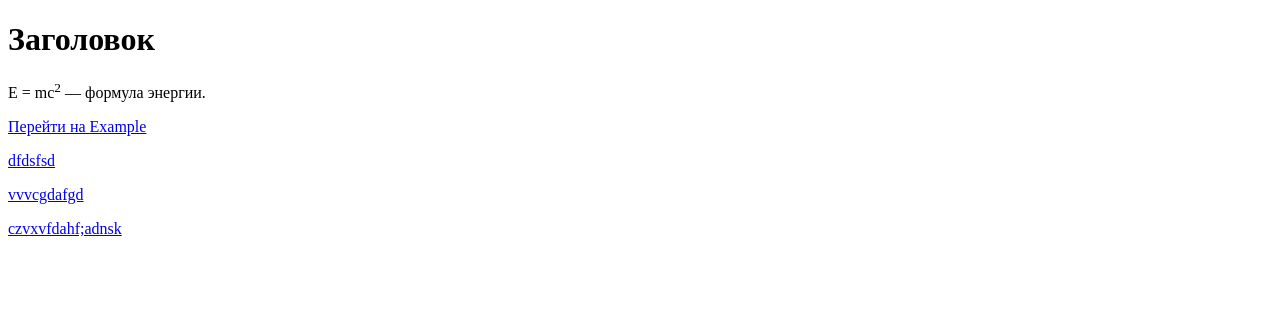
Repository: sannikovcode/exercises-a1
Page: JS/test1/task4/index.html
The author's editor kept a copy of each file at every save. The page is drawn from the files as they stood at one save, then again after the next save.
The browser window is 1280 px wide. The pictures show the whole page.

Above is the page before, as saved 2025-10-16 15:45:51.

### JS/test1/task4/index.html
<!DOCTYPE html>
<html lang="en">

<head>
    <meta charset="UTF-8">
    <meta name="viewport" content="width=device-width, initial-scale=1.0">
    <title>88</title>
</head>

<body>
    <h1>Заголовок</h1>

    <p>E = mc<sup>2</sup> — формула энергии.</p>



    <p><a href="https://example.com">Перейти на Example</a></p>






    <p><a href="https://example.com">dfdsfsd</a></p>


    <p><a href="https://example.com">vvvcgdafgd</a></p>


    <p><a href="https://example.com">czvxvfdahf;adnsk</a></p>

    <p><a href="https://example.com"></a></p>





















</body>

</html>

After the next save:
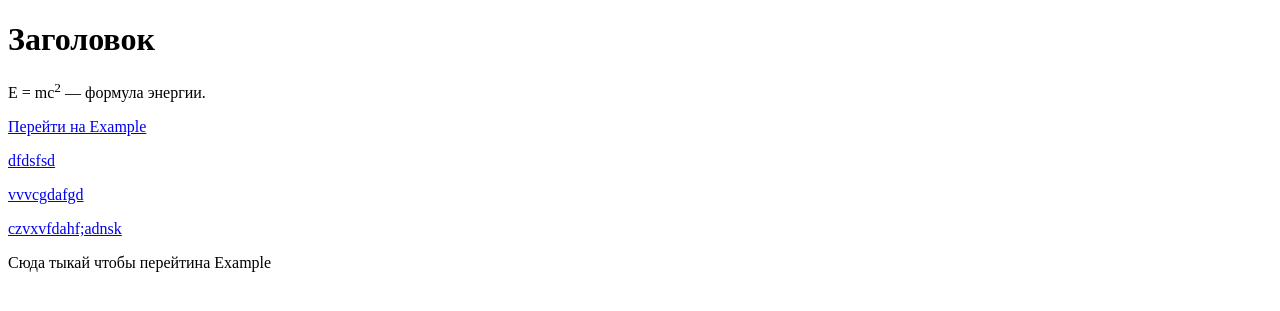
Saved 43 s later.
--- a/JS/test1/task4/index.html
+++ b/JS/test1/task4/index.html
@@ -31,6 +31,8 @@
 
     <p><a href="https://example.com"></a></p>
 
+    <p><a href="https://example.com"></a> Сюда тыкай чтобы перейтина Example</p>
+
 
 
 
